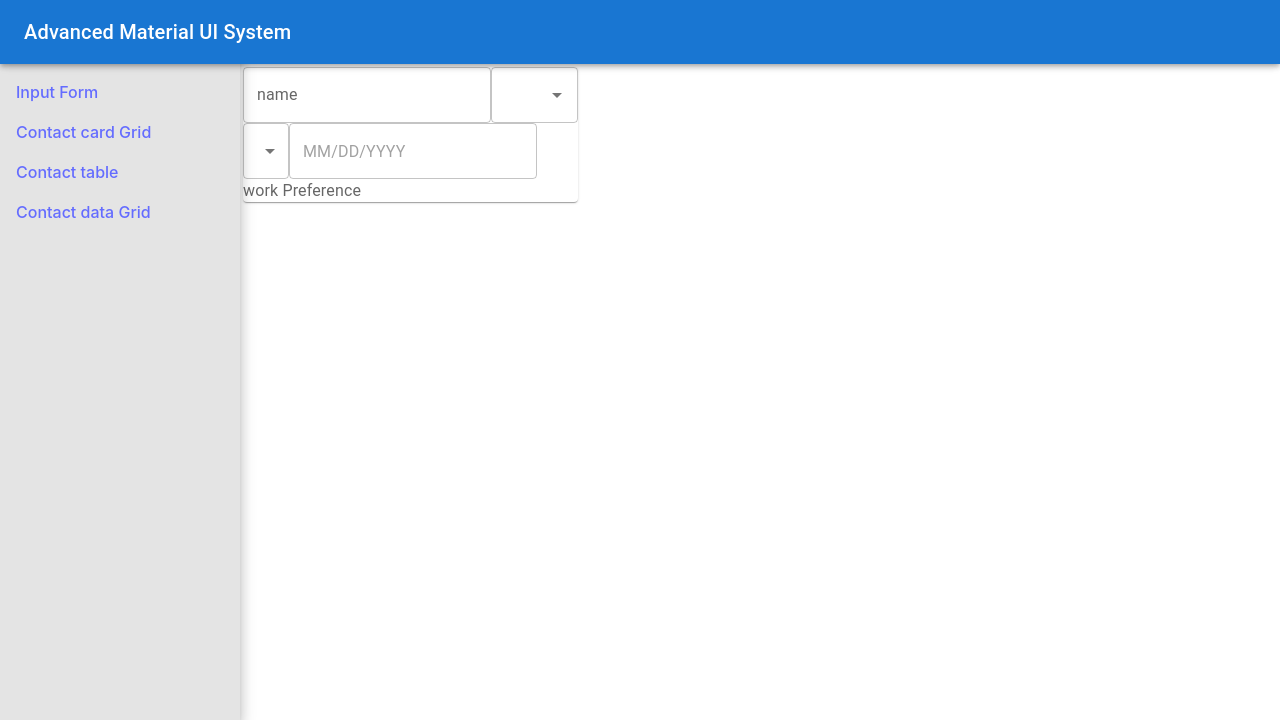
Repository: knowledgeAlan/react-mui
Page: /
The author's editor kept a copy of each file at every save. The page is drawn from the files as they stood at one save, then again after the next save.
The browser window is 1280 px wide. The pictures show the whole page.
The project was rebuilt for these pictures with package versions that can differ from the ones it lists, and the page was loaded fresh each time. Also part of the build but not shown: vite.config.ts, src/components/grid/ContactCardGrid.tsx, src/components/DataGrid/ContactDataGrid.tsx, src/components/table/ContactTable.tsx.

Above is the page before, as saved 2025-01-22 18:02:16.

After the next save:
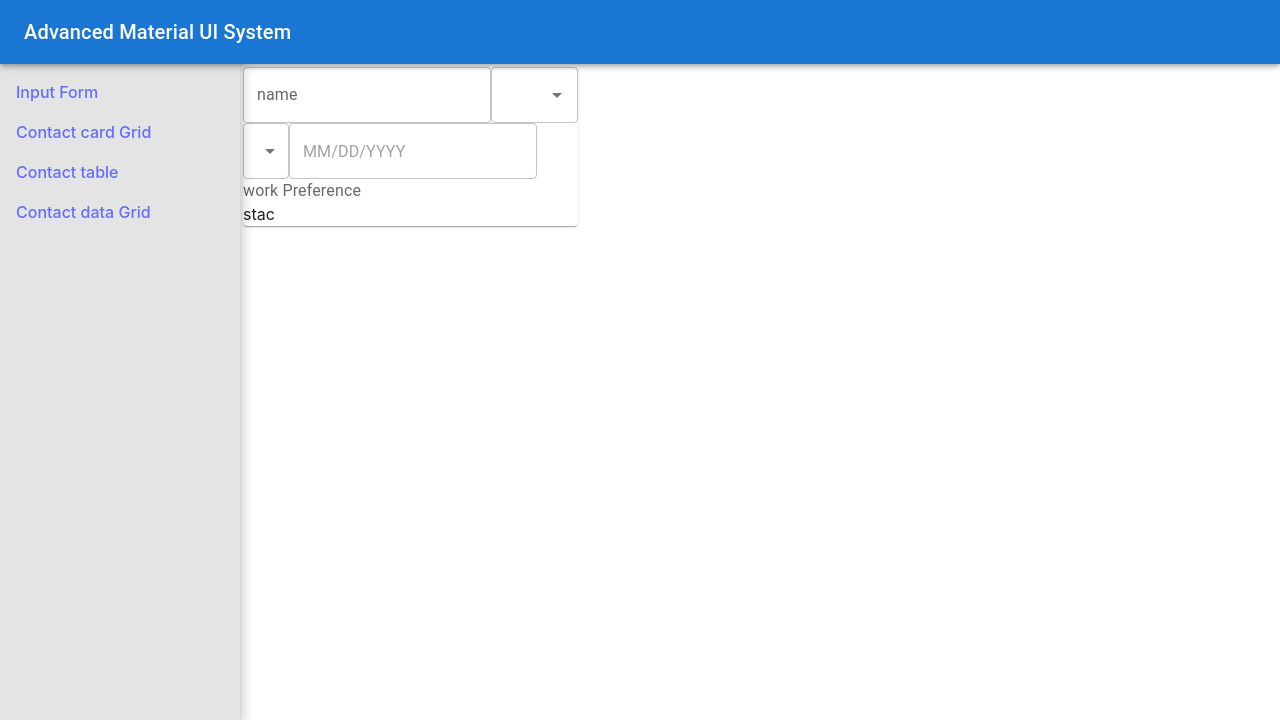
Saved 6 s later.
--- a/src/components/Form/ContactForm.tsx
+++ b/src/components/Form/ContactForm.tsx
@@ -66,6 +66,8 @@ export default function ContactForm(){
                                     work Preference
                         </FormLabel>
                     </FormGroup>
+
+                    stac
                 </FormControl>
             </form>
         </Paper>
